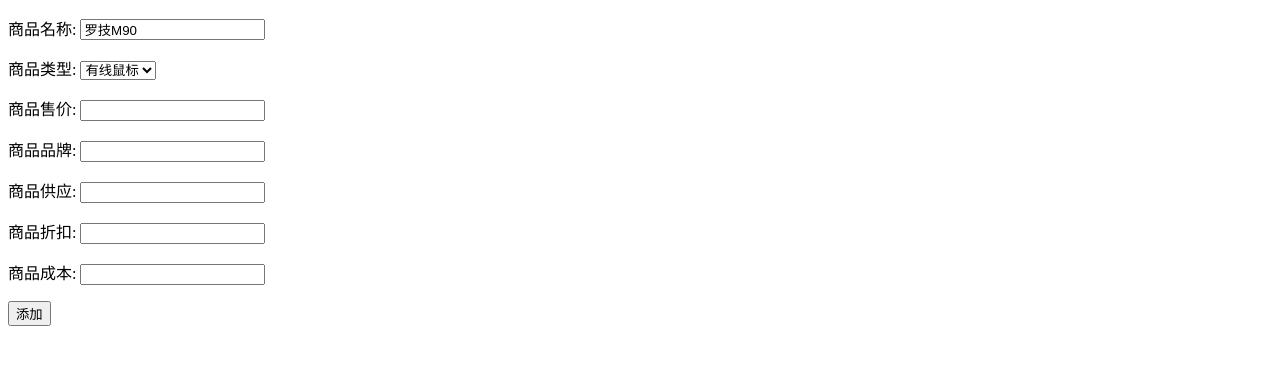
Repository: qyl1006/JavaApps
Page: workspace/html/WebContent/hello/input03.html
These files come from the project's save history. The page is drawn as it stood at one moment and after the next save; the edit follows.
The browser window is 1280 px wide. The pictures show the whole page.

Above is the page before, as saved 2018-02-27 11:32:36.

After the next save:
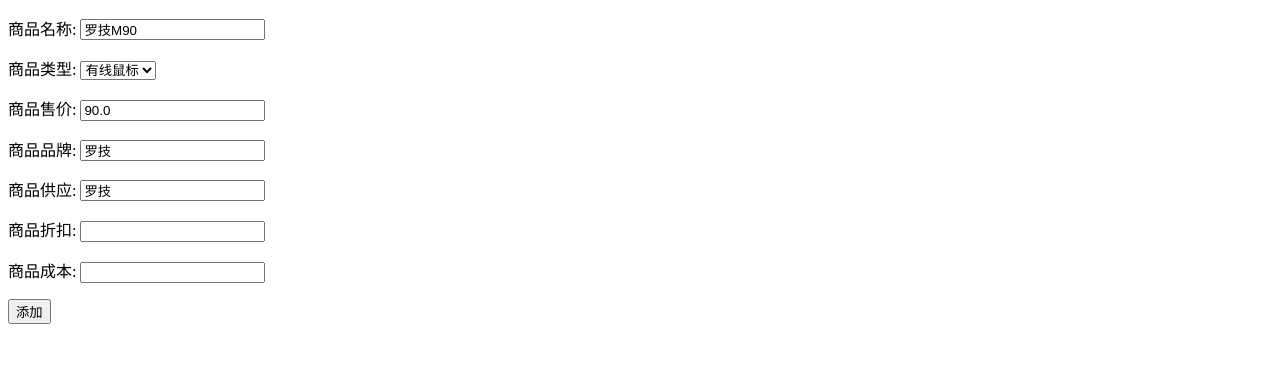
Saved 65 s later.
--- a/workspace/html/WebContent/hello/input03.html
+++ b/workspace/html/WebContent/hello/input03.html
@@ -14,9 +14,9 @@
 				<option value="wirelessMouse">无线鼠标</option>
 			</select>
 		</p>
-		<p>商品售价: <input type="number" name="price"/></p>
-		<p>商品品牌: <input type="text" name="brand"/></p>
-		<p>商品供应: <input type="text" name="supply"/></p>
+		<p>商品售价: <input type="number" name="price" value="90.0"/></p>
+		<p>商品品牌: <input type="text" name="brand"/ value="罗技"></p>
+		<p>商品供应: <input type="text" name="supply" value="罗技"/></p>
 		<p>商品折扣: <input type="number" name="discount"/></p>
 		<p>商品成本: <input type="number" name="cost"/></p>
 
